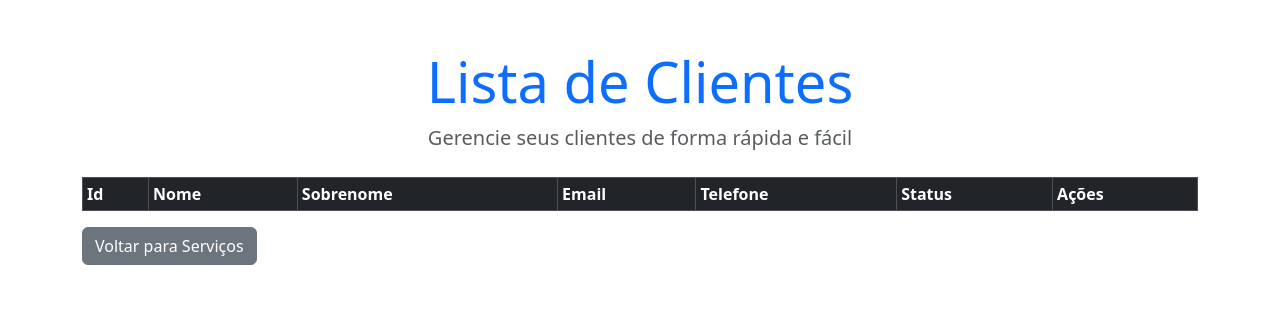
Repository: claudinez/kaspper-projeto-orcamento
Page: http://localhost/clientes/lista
An editor plug-in stored every save of this project. The page is shown before and after the next save, followed by the edit.
The browser window is 1280 px wide. The pictures show the whole page.
The page is this project's Thymeleaf template; nobody is signed in. The template is opened directly, without the code that normally fills it, so the values that code supplies are empty.

Above is the page before, as saved 2025-01-24 19:19:00.

After the next save:
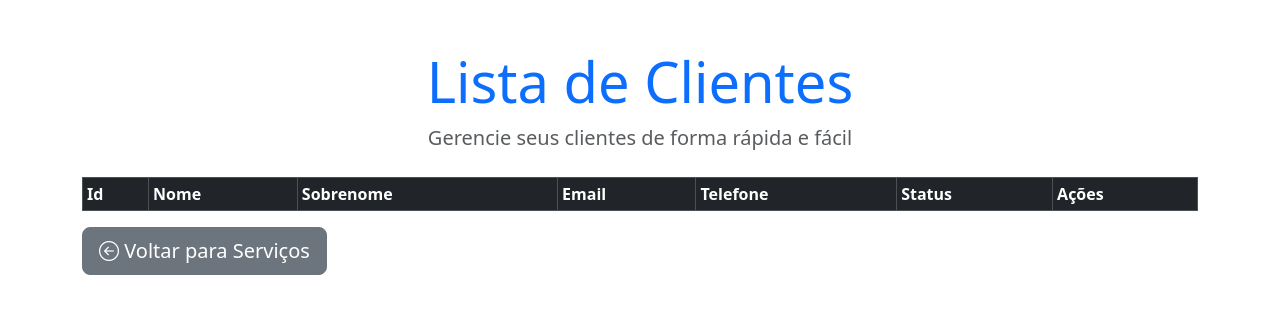
Saved 97 s later.
--- a/projeto_kaspper_back_end-main/sistema_servicos/sistema_servicos/src/main/resources/templates/clientes/lista.html
+++ b/projeto_kaspper_back_end-main/sistema_servicos/sistema_servicos/src/main/resources/templates/clientes/lista.html
@@ -48,8 +48,9 @@
 	    <div class="d-flex justify-content-between">
 	        <!--  <a href="/clientes/novo" class="btn btn-success">Novo Cliente</a> -->
 
-	         <!-- Botão de Voltar para Lista de Serviços -->
-	        <a th:href="@{/servicos/lista}" class="btn btn-secondary">Voltar para Serviços</a>
+	         <!-- Botão de Voltar para Serviços -->
+				<a th:href="@{/servicos/lista}" class="btn btn-lg btn-secondary text-white">
+				    <i class="bi bi-arrow-left-circle"></i> Voltar para Serviços</a>
 	    </div>
     </div>
 </div>
